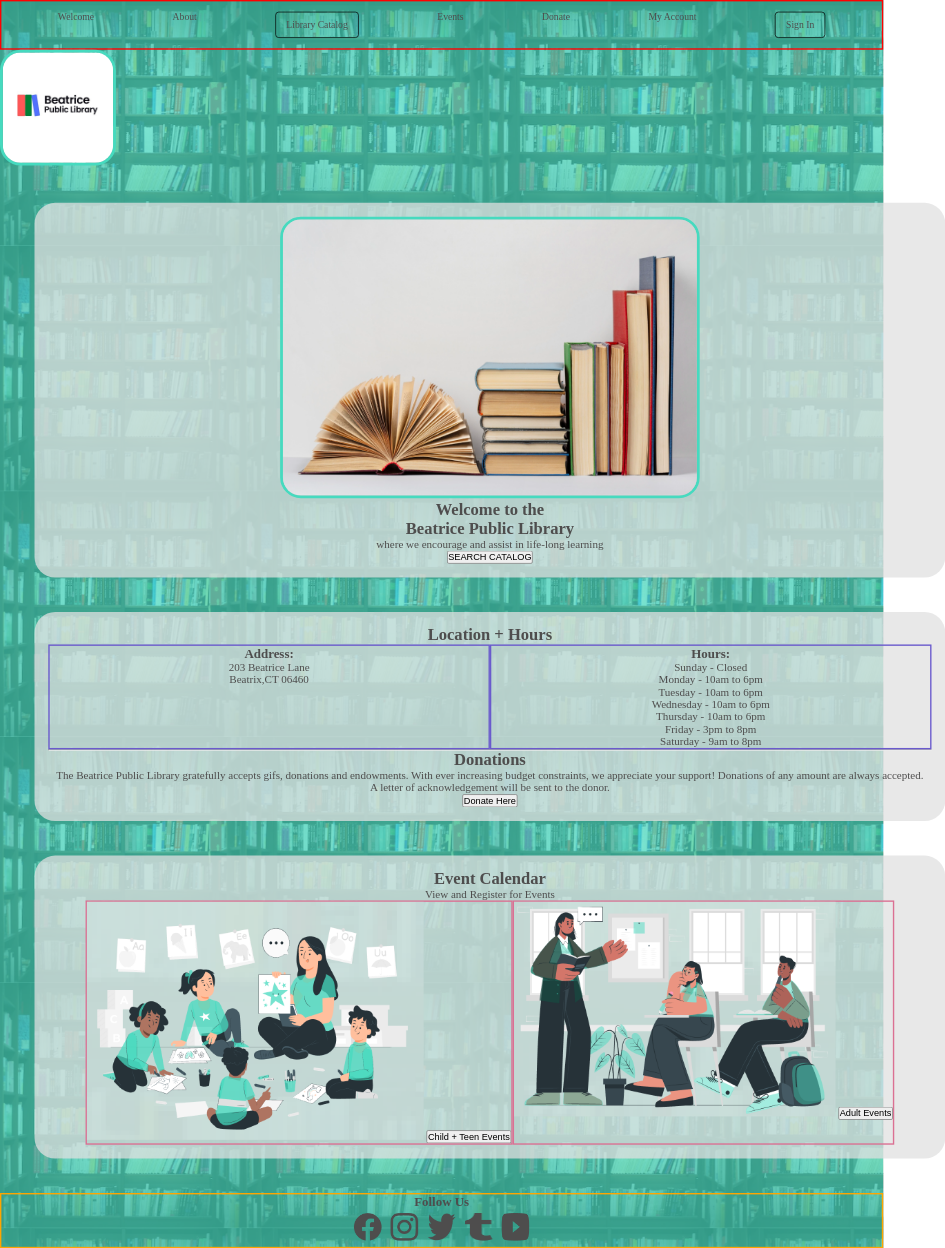
Repository: cokoduwa/RA-Wk5-Library
Page: index.html
The author's editor kept a copy of each file at every save. The page is drawn from the files as they stood at one save, then again after the next save.
The browser window is 1280 px wide. The page is 1370 px wide, so the pictures cover 1370 px, including what lies to the right of the window. The pictures show the whole page, at 69% of full size.

Above is the page before, as saved 2023-01-18 22:53:00.

After the next save:
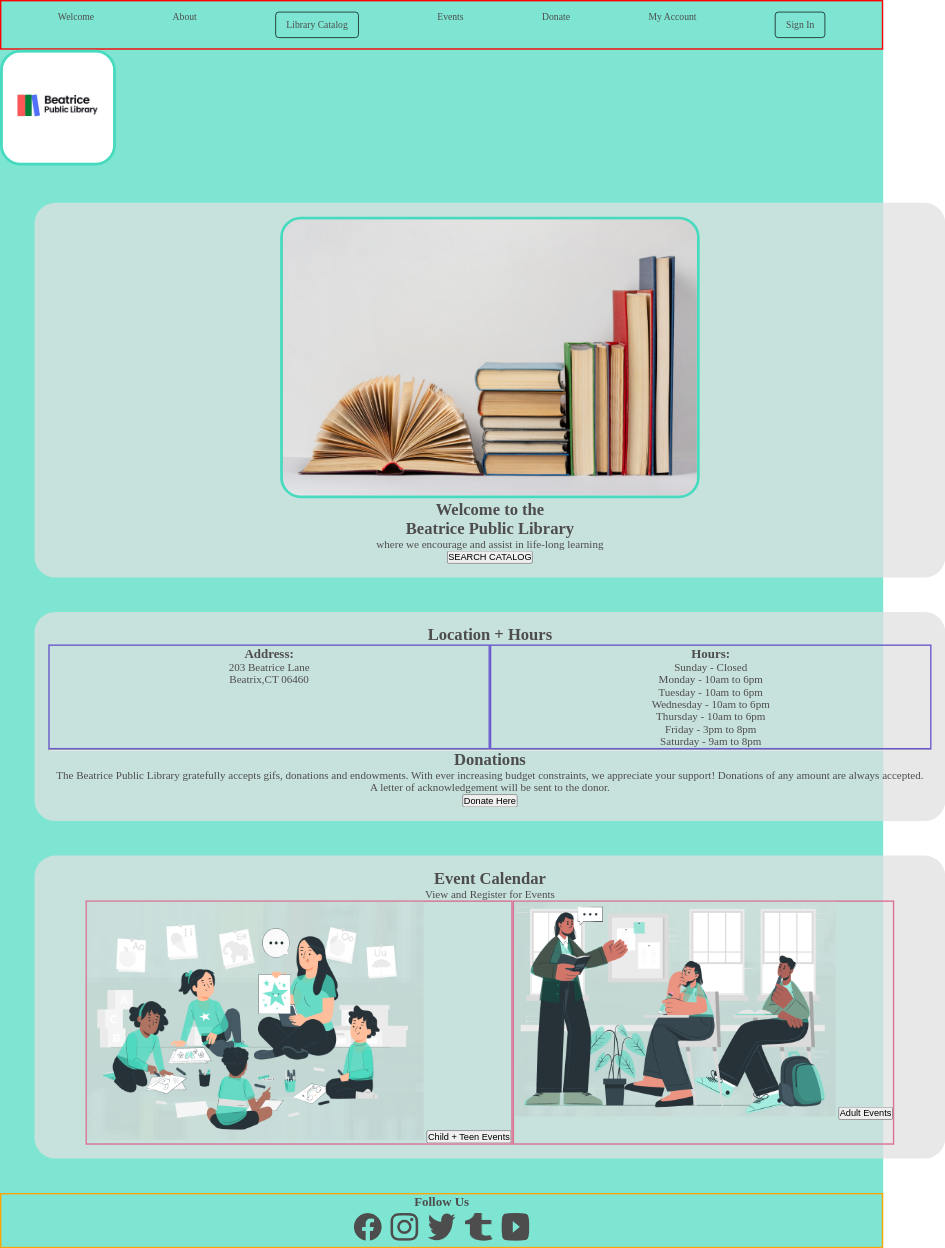
Saved 49 s later.
--- a/index.html
+++ b/index.html
@@ -9,7 +9,7 @@
 </head>
 
 <body>
-    <div class="back-img">
+    <div class="back-img-1">
         <div class="back-color">
             <nav>
                 <div class="menu-options">

After the save that followed:
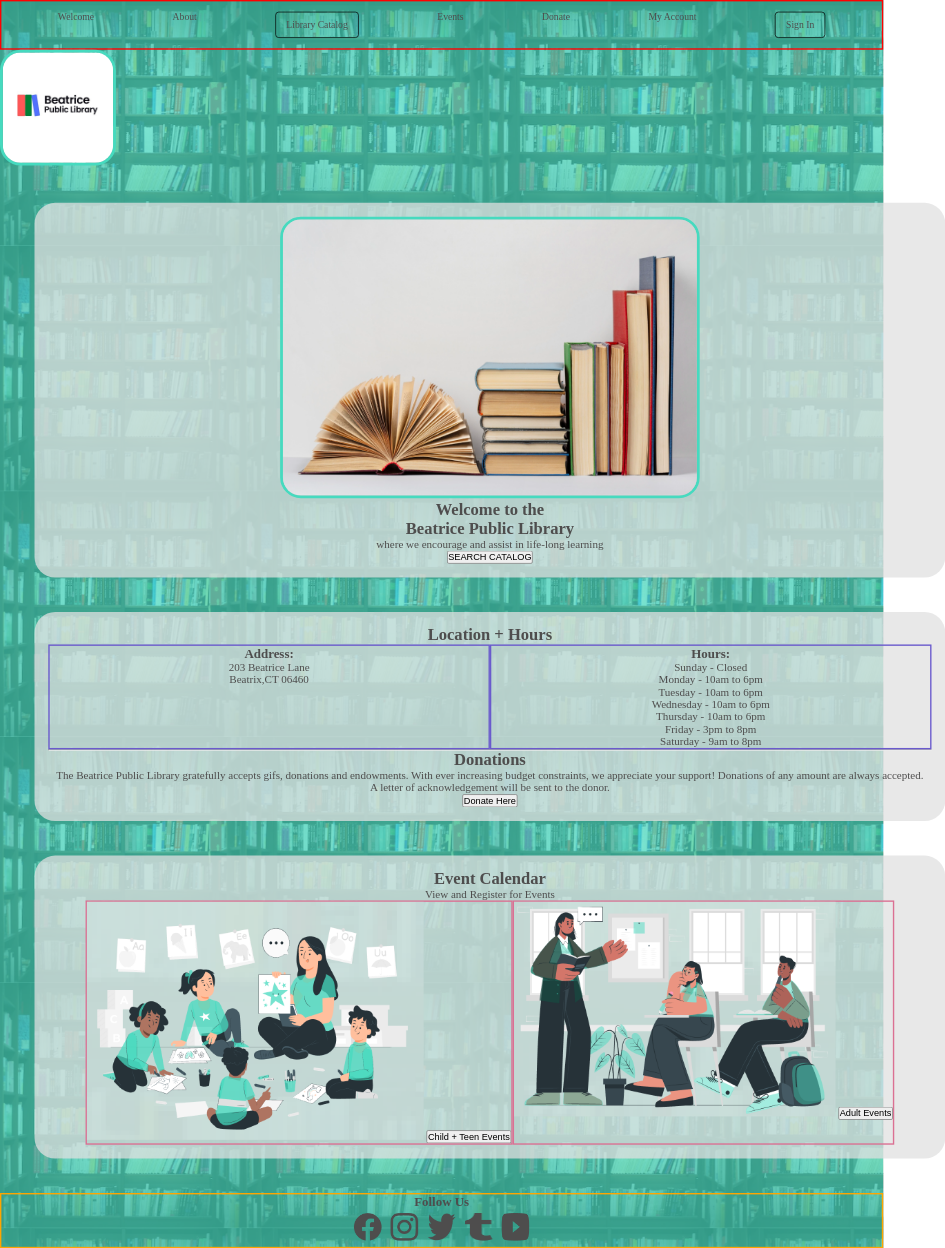
Saved 8 s later.
--- a/index.css
+++ b/index.css
@@ -11,7 +11,7 @@ body {
 }
 
 
-.back-img {
+.back-img-1 {
     width:100%;
     height: 100%;
     background-position: center;
